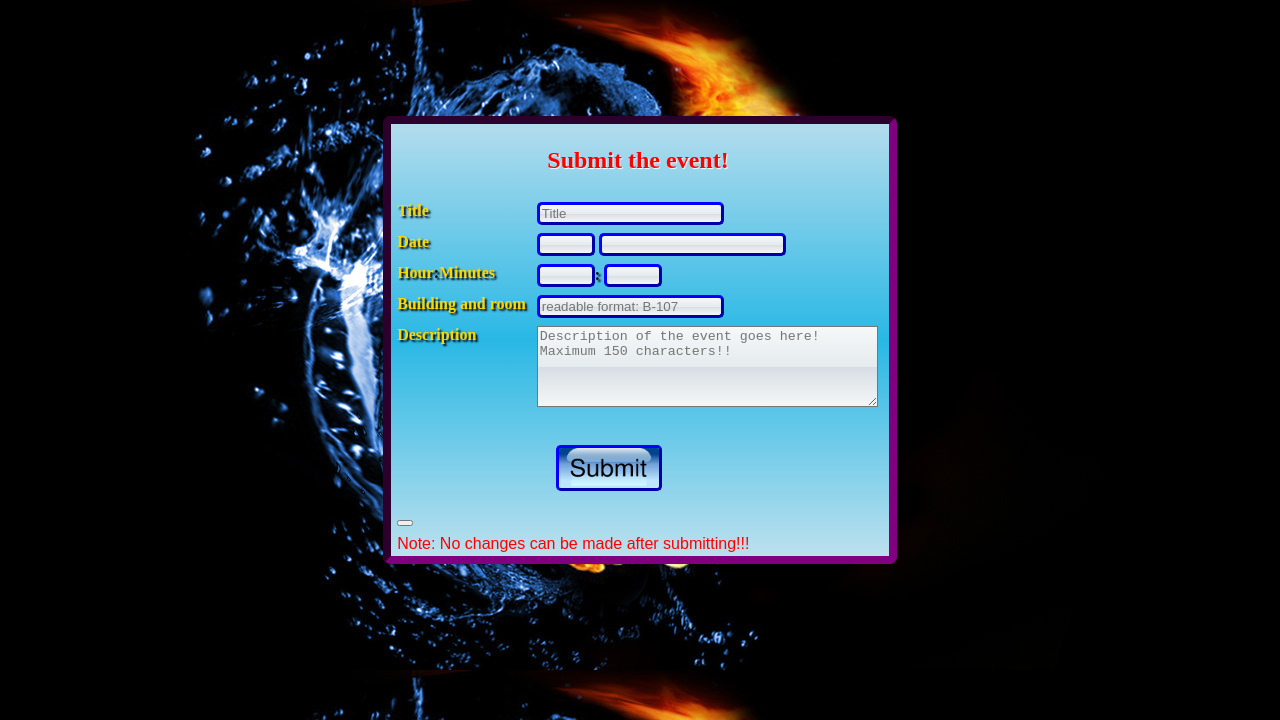
Repository: Albocoder/Event-handler
Page: loginBrain/WebContent/loginAccepted.html
These files come from the project's save history. The page is drawn as it stood at one moment and after the next save; the edit follows.
The browser window is 1280 px wide. The pictures show the whole page.

Above is the page before, as saved 2015-08-11 13:35:20.

### loginBrain/WebContent/loginAccepted.html
<!DOCTYPE html>
<html>
<head>
<title>Submit event</title>
<style type="text/css">
select{
	color: yellow;
	background-color: blue;
	font-weight: bold;
}
select option{
	color: black;
	background: yellow;
}
	table {
			color: gold;
 			font-weight: bold;
			text-shadow: 2px 2px 2px black;
			border:8px inset purple;
			border-radius: 8px;
background: rgba(179,220,237,1);
background: -moz-linear-gradient(top, rgba(179,220,237,1) 0%, rgba(41,184,229,1) 50%, rgba(188,224,238,1) 100%);
background: -webkit-gradient(left top, left bottom, color-stop(0%, rgba(179,220,237,1)), color-stop(50%, rgba(41,184,229,1)), color-stop(100%, rgba(188,224,238,1)));
background: -webkit-linear-gradient(top, rgba(179,220,237,1) 0%, rgba(41,184,229,1) 50%, rgba(188,224,238,1) 100%);
background: -o-linear-gradient(top, rgba(179,220,237,1) 0%, rgba(41,184,229,1) 50%, rgba(188,224,238,1) 100%);
background: -ms-linear-gradient(top, rgba(179,220,237,1) 0%, rgba(41,184,229,1) 50%, rgba(188,224,238,1) 100%);
background: linear-gradient(to bottom, rgba(179,220,237,1) 0%, rgba(41,184,229,1) 50%, rgba(188,224,238,1) 100%);
filter: progid:DXImageTransform.Microsoft.gradient( startColorstr='#b3dced', endColorstr='#bce0ee', GradientType=0 );
}
body {
	background-image:url('wallpaper.jpg');
}

input.input{
	margin-left: 159px;
	background: cyan;
	margin-bottom: 10px;
}
th{
	color:red;
	text-shadow: 1px 1px 1px white;
}
th:hover{
	color: green;
}
input{
	border: 3px outset blue;
	border-radius: 5px;
	color: black;
	background: rgb(246,248,249); /* Old browsers */
	background: -moz-linear-gradient(top,  rgba(246,248,249,1) 0%, rgba(229,235,238,1) 50%, rgba(215,222,227,1) 51%, rgba(245,247,249,1) 100%); /* FF3.6+ */
	background: -webkit-gradient(linear, left top, left bottom, color-stop(0%,rgba(246,248,249,1)), color-stop(50%,rgba(229,235,238,1)), color-stop(51%,rgba(215,222,227,1)), color-stop(100%,rgba(245,247,249,1))); /* Chrome,Safari4+ */
	background: -webkit-linear-gradient(top,  rgba(246,248,249,1) 0%,rgba(229,235,238,1) 50%,rgba(215,222,227,1) 51%,rgba(245,247,249,1) 100%); /* Chrome10+,Safari5.1+ */
	background: -o-linear-gradient(top,  rgba(246,248,249,1) 0%,rgba(229,235,238,1) 50%,rgba(215,222,227,1) 51%,rgba(245,247,249,1) 100%); /* Opera 11.10+ */
	background: -ms-linear-gradient(top,  rgba(246,248,249,1) 0%,rgba(229,235,238,1) 50%,rgba(215,222,227,1) 51%,rgba(245,247,249,1) 100%); /* IE10+ */
	background: linear-gradient(to bottom,  rgba(246,248,249,1) 0%,rgba(229,235,238,1) 50%,rgba(215,222,227,1) 51%,rgba(245,247,249,1) 100%); /* W3C */
	filter: progid:DXImageTransform.Microsoft.gradient( startColorstr='#f6f8f9', endColorstr='#f5f7f9',GradientType=0 ); /* IE6-9 */

}
textarea{
background: rgb(246,248,249); /* Old browsers */
	background: -moz-linear-gradient(top,  rgba(246,248,249,1) 0%, rgba(229,235,238,1) 50%, rgba(215,222,227,1) 51%, rgba(245,247,249,1) 100%); /* FF3.6+ */
	background: -webkit-gradient(linear, left top, left bottom, color-stop(0%,rgba(246,248,249,1)), color-stop(50%,rgba(229,235,238,1)), color-stop(51%,rgba(215,222,227,1)), color-stop(100%,rgba(245,247,249,1))); /* Chrome,Safari4+ */
	background: -webkit-linear-gradient(top,  rgba(246,248,249,1) 0%,rgba(229,235,238,1) 50%,rgba(215,222,227,1) 51%,rgba(245,247,249,1) 100%); /* Chrome10+,Safari5.1+ */
	background: -o-linear-gradient(top,  rgba(246,248,249,1) 0%,rgba(229,235,238,1) 50%,rgba(215,222,227,1) 51%,rgba(245,247,249,1) 100%); /* Opera 11.10+ */
	background: -ms-linear-gradient(top,  rgba(246,248,249,1) 0%,rgba(229,235,238,1) 50%,rgba(215,222,227,1) 51%,rgba(245,247,249,1) 100%); /* IE10+ */
	background: linear-gradient(to bottom,  rgba(246,248,249,1) 0%,rgba(229,235,238,1) 50%,rgba(215,222,227,1) 51%,rgba(245,247,249,1) 100%); /* W3C */
	filter: progid:DXImageTransform.Microsoft.gradient( startColorstr='#f6f8f9', endColorstr='#f5f7f9',GradientType=0 ); /* IE6-9 */

}
tr td{
	position: relative;
	padding-right: 5px;
	padding-left: 4px;
	padding-top: 5px;
	vertical-align: top;
}
tr.disclaimer{
	font-weight: normal;
	color: red;
	font-family: arial;
	text-shadow: none;
}
</style>
</head>
<body>
<center>
<table>
<br>
<br>
<form method="POST" action="Submitter"> <!-- this will be a form and action taken will be when clicking the image.-->
<th colspan="2"><h2>Submit the event!</2><th>
<tr><td>Title</td><td><input name="title" type="text" placeholder="Title"/></td></tr>
<tr><td>Date</td><td>
<input type="number" name="day" min="1" max="31">
<input list="months" name="month">
<datalist id="months">
  <option value="1">Jan
  <option value="2">Feb
  <option value="3">Mar
  <option value="4">Apr
  <option value="5">May
  <option value="6">Jun
  <option value="7">Jul
  <option value="8">Aug
  <option value="9">Sep
  <option value="10">Oct
  <option value="11">Nov
  <option value="12">Dec
</datalist>
</td></tr>
<tr><td>Hour<b style="color:black;">:</b>Minutes</td><td><input type="number" name="hour" min="0" max="24"><b style="color:black;">:</b>
<input type="number" name="minutes" min="0" max="60">
</td></tr>
<tr><td>Building and room</td><td><input name="place" type="text" placeholder="readable format: B-107"/></td></tr>
<br><br><br><br>
<tr><td>Description</td><td><textarea name="desc" rows="5" cols="40" placeholder="Description of the event goes here! Maximum 150 characters!!" maxlength="150" /></textarea></td></tr>
<tr>
<td colspan = "2">
</tr>
<tr><td colspan="2">
<br>
<input class="input" type="image" src="submit.png" alt="submit" align="center" width="100" height="40">
</td>
</tr>
</form>
<tr><td colspan="2"><button class="input" alt="Log Out" align="center" width="60" height="30" /></td></tr>
<tr class="disclaimer" ><td colspan="2">Note: No changes can be made after submitting!!!</td></tr>
</table>
</center>
</body>
</html>

After the next save:
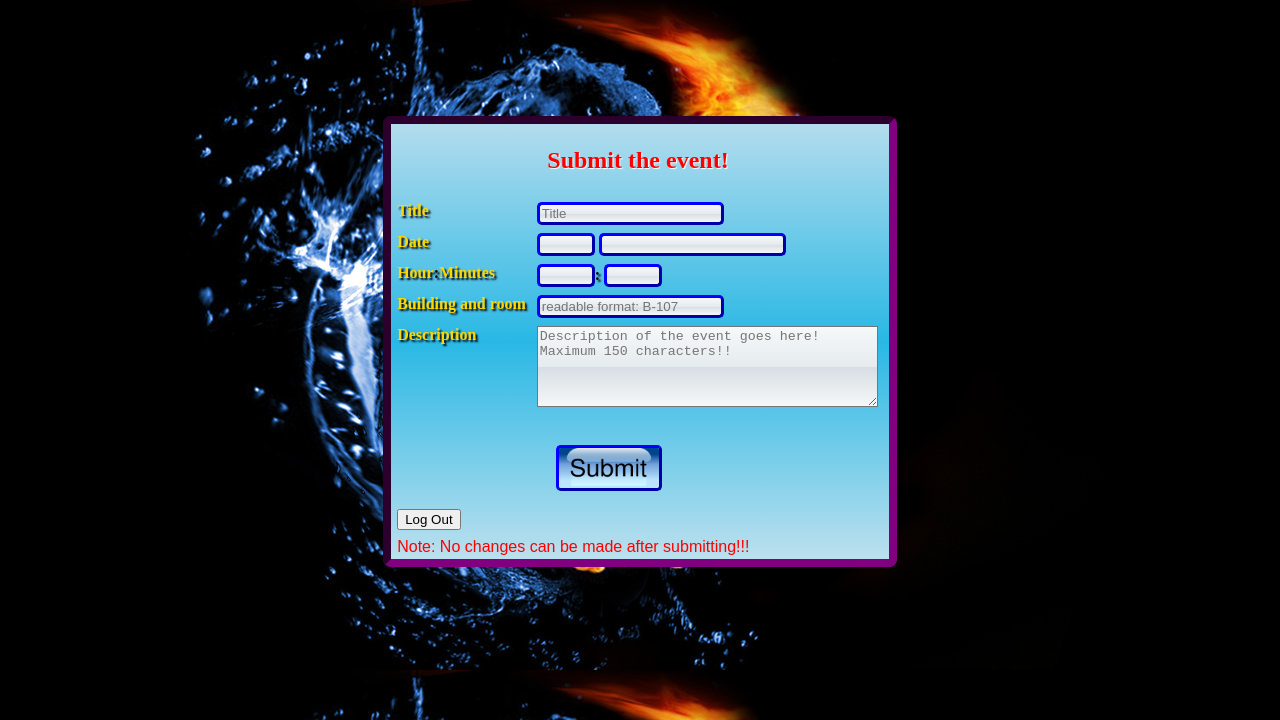
Saved 4 min 31 s later.
--- a/loginBrain/WebContent/loginAccepted.html
+++ b/loginBrain/WebContent/loginAccepted.html
@@ -124,7 +124,7 @@ tr.disclaimer{
 </td>
 </tr>
 </form>
-<tr><td colspan="2"><button class="input" alt="Log Out" align="center" width="60" height="30" /></td></tr>
+<tr><td colspan="2"><button class="input" alt="Log Out" align="center" width="60" height="30">Log Out</button></td></tr>
 <tr class="disclaimer" ><td colspan="2">Note: No changes can be made after submitting!!!</td></tr>
 </table>
 </center>
